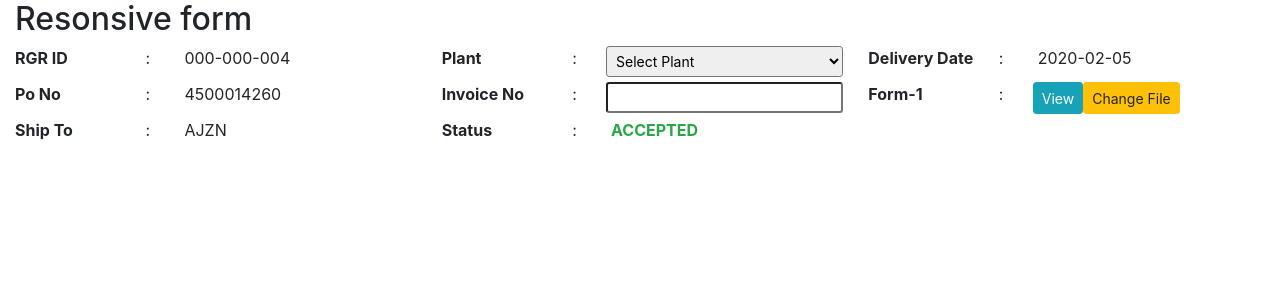
Repository: karthikairasu/Others_work
Page: form.html
An editor plug-in stored every save of this project. The page is shown before and after the next save, followed by the edit.
The browser window is 1280 px wide. The pictures show the whole page.

Above is the page before, as saved 2020-06-28 17:40:34.

### form.html
<!DOCTYPE html>
<html lang="en">
  <head>
    <title>Bootstrap Example</title>
    <meta charset="utf-8" />
    <meta name="viewport" content="width=device-width, initial-scale=1" />
    <link
      rel="stylesheet"
      href="https://maxcdn.bootstrapcdn.com/bootstrap/4.5.0/css/bootstrap.min.css"
    />
    <script src="https://ajax.googleapis.com/ajax/libs/jquery/3.5.1/jquery.min.js"></script>
    <script src="https://cdnjs.cloudflare.com/ajax/libs/popper.js/1.16.0/umd/popper.min.js"></script>
    <script src="https://maxcdn.bootstrapcdn.com/bootstrap/4.5.0/js/bootstrap.min.js"></script>
  </head>
  <body>
    <div class="container-fluid">
      <h2>Resonsive form</h2>
      <form class="" action="">
        <div class="row">
          <div class="col-md-4 col-sm-6 col-12">
            <div class="form-row">
              <label class="col-md-4 col-sm-4 col-4"><b>RGR ID</b></label>
              <label class="col-md-1 col-sm-1 col-1 px-0">:</label>
              <label class="col-md-7 col-sm-7 col-7" id="RGR_ID"
                >000-000-004
              </label>
            </div>
            <div class="form-row py-1">
              <label class="col-md-4 col-sm-4 col-4"><b>Po No</b></label>
              <label class="col-md-1 col-sm-1 col-1 px-0">:</label>
              <label class="col-md-7 col-sm-7 col-7" id="Po_No"
                >4500014260
              </label>
            </div>
            <div class="form-row">
              <label class="col-md-4 col-sm-4 col-4"><b>Ship To</b></label>
              <label class="col-md-1 col-sm-1 col-1 px-0">:</label>
              <label class="col-md-7 col-sm-7 col-7" id="Ship_To">AJZN </label>
            </div>
          </div>
          <div class="col-md-4 col-sm-6">
            <div class="form-row">
              <label class="col-md-4 col-sm-4 col-4"><b>Plant</b></label>
              <label class="col-md-1 col-sm-1 col-1 px-0">:</label>
              <select
                class="form-control-sm col-md-7 col-sm-7 col-7"
                name="plant"
                style="width: 60%;"
                required=""
              >
                <option value="">Select Plant</option>

                <option value="Riyadh">Riyadh</option>

                <option value="Jeddha">Jeddha</option>

                <option value="Dammam">Dammam</option>

                <option value="PMAH ">PMAH </option>
              </select>
            </div>
            <div class="form-row py-1">
              <label class="col-md-4 col-sm-4 col-4"><b>Invoice No</b></label>
              <label class="col-md-1 col-sm-1 col-1 px-0">:</label>
              <input
                type="text"
                class="form-control-sm col-md-7 col-sm-7 col-7"
                id="Invoice_No"
              />
            </div>
            <div class="form-row">
              <label class="col-md-4 col-sm-4 col-4"><b>Status</b></label>
              <label class="col-md-1 col-sm-1 col-1 px-0">:</label>
              <label class="col-md-7 col-sm-7 text-success" id="Status"
                ><b>ACCEPTED</b></label
              >
            </div>
          </div>
          <div class="col-md-4 col-sm-6">
            <div class="form-row">
              <label class="col-md-4 col-sm-4 col-4"
                ><b>Delivery Date</b></label
              >
              <label class="col-md-1 col-sm-1 col-1 px-0">:</label>
              <label class="col-md-7 col-sm-7 col-7" id="Delivery Date"
                >2020-02-05
              </label>
            </div>
            <div class="form-row py-1">
              <label class="col-md-4 col-sm-4 col-4"><b>Form-1</b></label>
              <label class="col-md-1 col-sm-1 col-1 px-0">:</label>
              <label
                class="col-md-7 col-sm-7 col-7"
                id="form_1"
                style="display: contents;"
              >
                <button class="btn btn-info btn-sm">View</button>
                <button class="btn btn-warning btn-sm">Change File</button>
              </label>
            </div>
          </div>
        </div>
      </form>
    </div>
  </body>
</html>

After the next save:
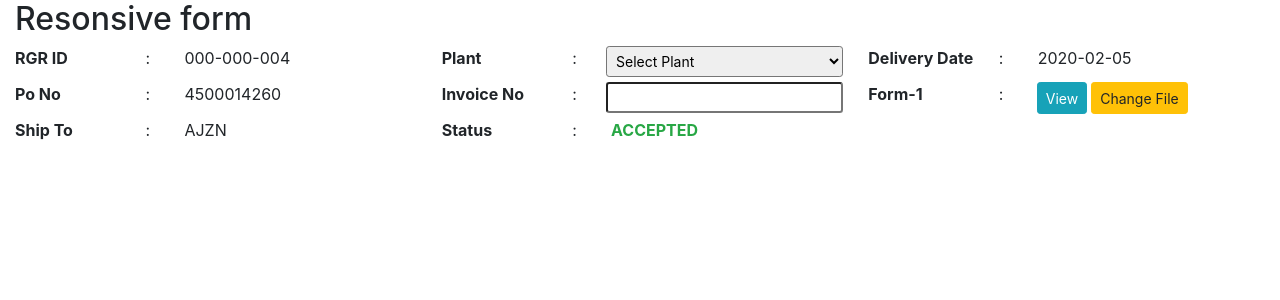
Saved 2 min 47 s later.
--- a/form.html
+++ b/form.html
@@ -94,7 +94,7 @@
                 id="form_1"
                 style="display: contents;"
               >
-                <button class="btn btn-info btn-sm">View</button>
+                <button class="btn btn-info btn-sm mx-1">View</button>
                 <button class="btn btn-warning btn-sm">Change File</button>
               </label>
             </div>

After the save that followed:
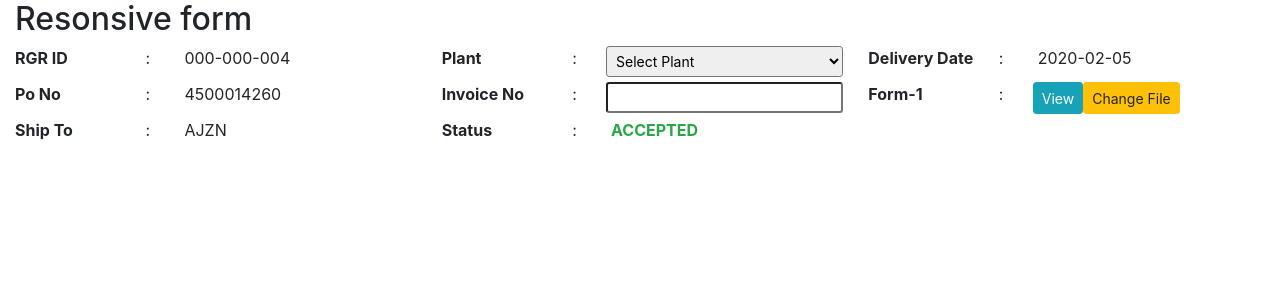
Saved 2 min 59 s later.
--- a/form.html
+++ b/form.html
@@ -94,7 +94,7 @@
                 id="form_1"
                 style="display: contents;"
               >
-                <button class="btn btn-info btn-sm mx-1">View</button>
+                <button class="btn btn-info btn-sm">View</button>
                 <button class="btn btn-warning btn-sm">Change File</button>
               </label>
             </div>
